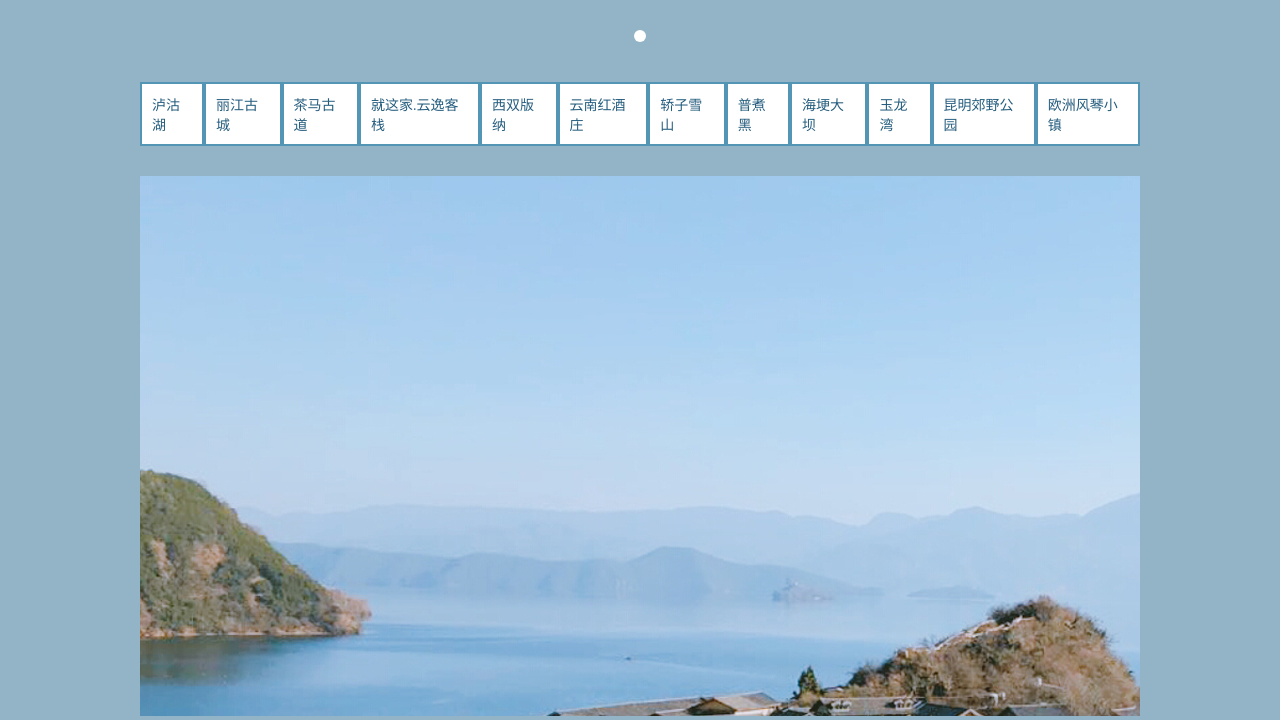
Repository: zhenzhen-gong/-jQuerydemo
Page: index.html
The author's editor kept a copy of each file at every save. The page is drawn from the files as they stood at one save, then again after the next save.
The browser window is 1280 px wide. The pictures show the whole page.

Above is the page before, as saved 2020-06-05 11:41:07.

After the next save:
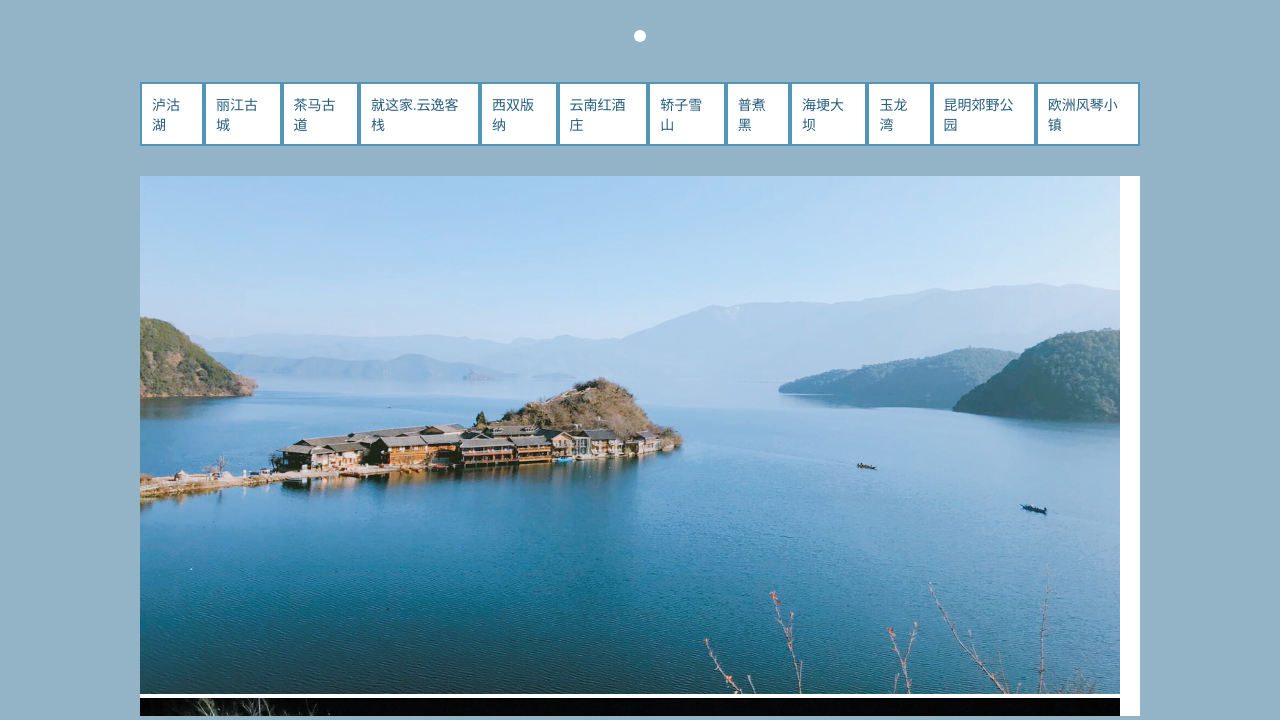
Saved 2 min 21 s later.
--- a/style.css
+++ b/style.css
@@ -43,5 +43,10 @@ nav a{
     width: 78.125vw;
     height: 75vh;
     margin: 0 auto;
-    overflow: hidden;
+    overflow: hidden;/* 内容不得超出元素范围*/
+    background-color: white;
 }
+.image img{
+    width: 98%;
+    height: 96%;
+}
